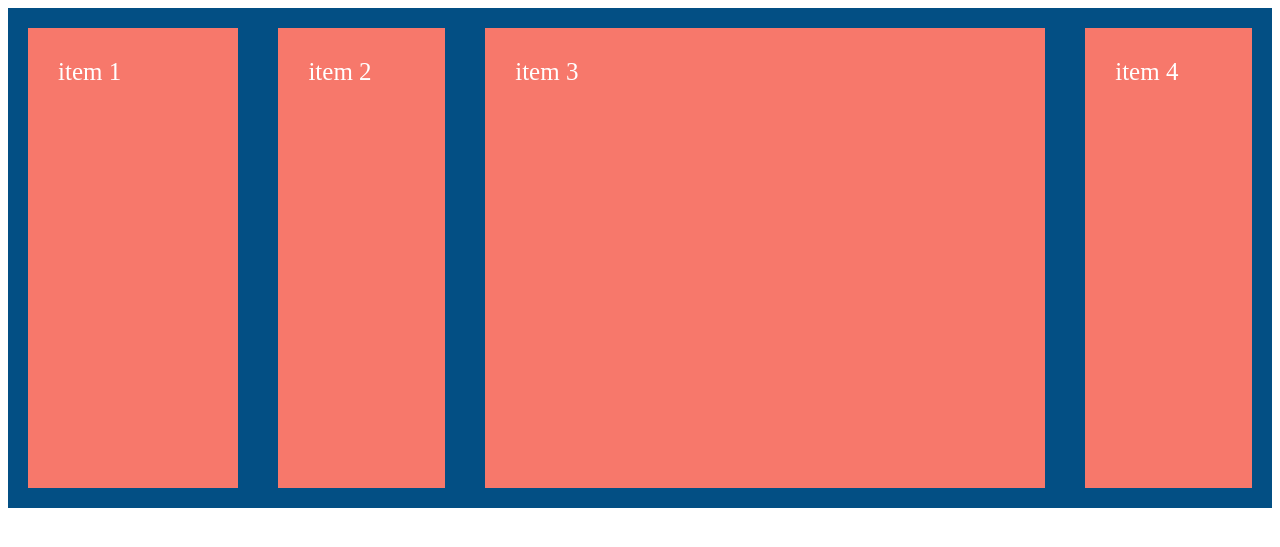
Repository: mehmetbuber38/flex
Page: flex-item-properties.html
These files come from the project's save history. The page is drawn as it stood at one moment and after the next save; the edit follows.
The browser window is 1280 px wide. The pictures show the whole page.

Above is the page before, as saved 2022-01-31 20:36:53.

### flex-item-properties.html
<!DOCTYPE html>
<html lang="en">

<head>
    <meta charset="UTF-8">
    <meta http-equiv="X-UA-Compatible" content="IE=edge">
    <meta name="viewport" content="width=device-width, initial-scale=1.0">
    <title>Flex Container</title>
</head>
<style>
    .container {
        display: flex;

        height: 500px;
        background-color: #034f84;

    }

    .item-1 {
        flex-grow: 2;
        /*Varsayılandan hariç verilen deger kadar alan kaplar 2ye değer alanı kaplar.*/
    }

    .item-2 {
        flex-grow: 1;
        /*1 e değer verilen alanı kaplar. */
    }

    .item-3 {
        flex-basis: 20em;
    }

    .item-4 {
        flex-grow: 1;
    }

    .item {
        background-color: #f7786b;
        padding: 30px;
        margin: 20px;
        color: #fff;
        font-size: 25px;
    }
</style>

<body>
    <div class="container">
        <div class="item item-1">item 1</div>
        <div class="item item-2">item 2</div>
        <div class="item item-3">item 3</div>
        <div class="item item-4">item 4</div>

    </div>

</body>

</html>

After the next save:
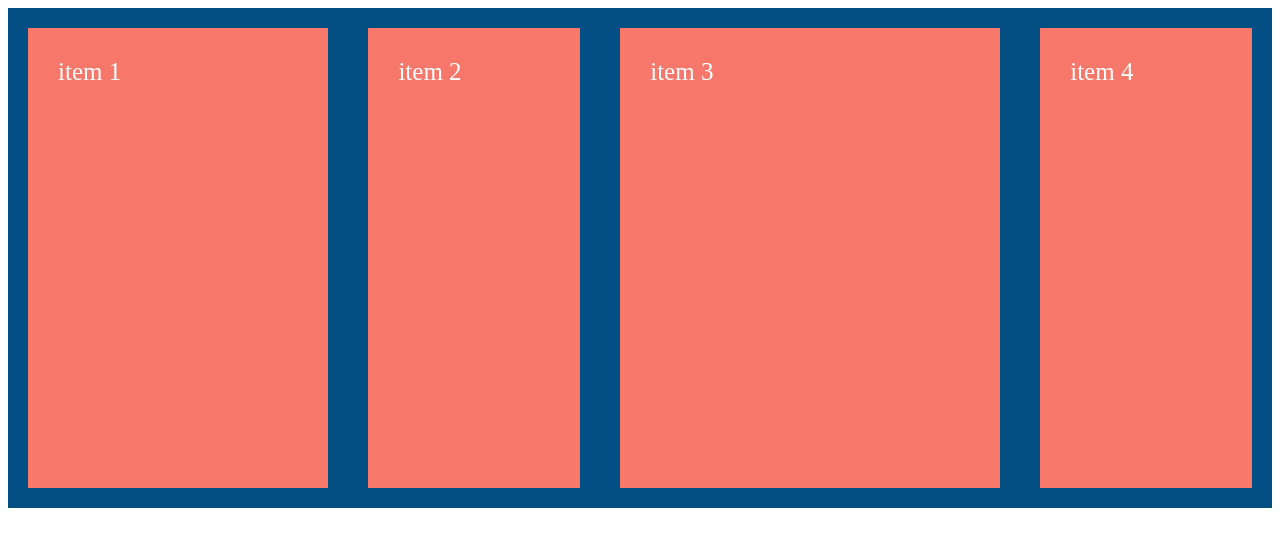
Saved 10 s later.
--- a/flex-item-properties.html
+++ b/flex-item-properties.html
@@ -27,7 +27,7 @@
     }
 
     .item-3 {
-        flex-basis: 20em;
+        flex-basis: 20rem;
     }
 
     .item-4 {
